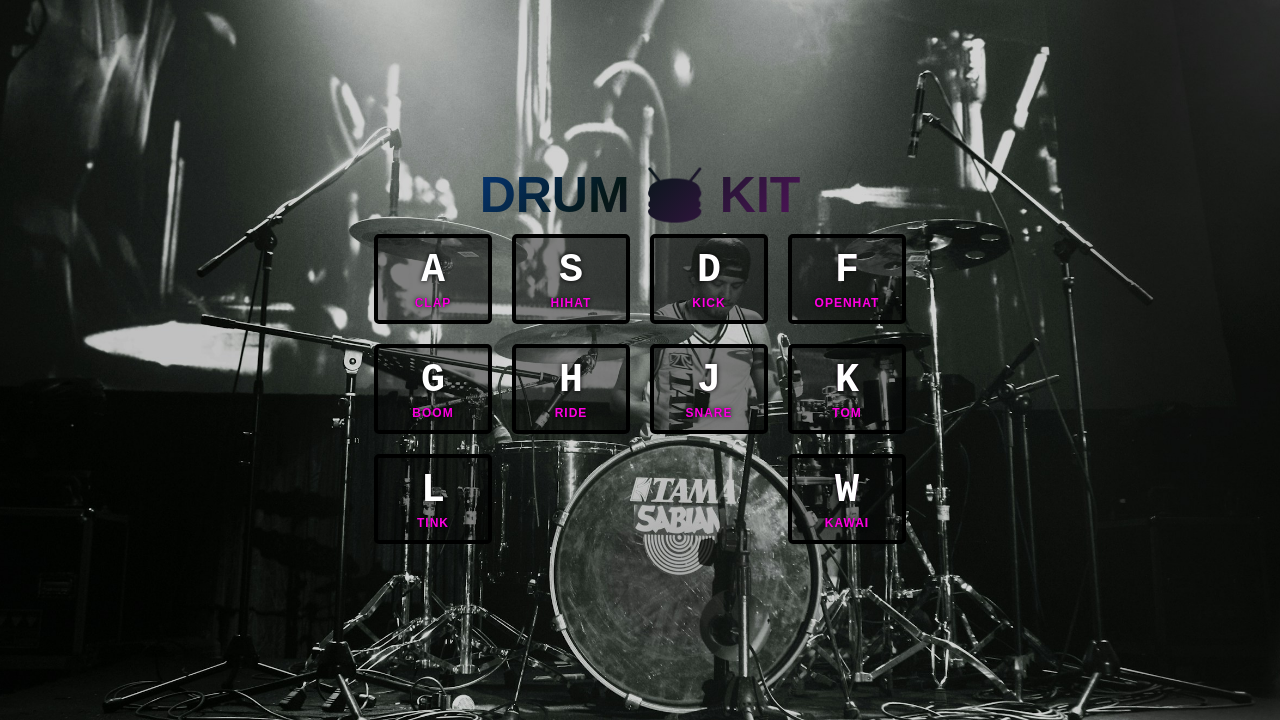
Repository: Freezler/drumkitJS
Page: index.html
The author's editor kept a copy of each file at every save. The page is drawn from the files as they stood at one save, then again after the next save.
The browser window is 1280 px wide. The pictures show the whole page.

Above is the page before, as saved 2024-08-23 23:30:05.

### index.html
<!DOCTYPE html>
<html lang="en">

<head>
  <meta charset="UTF-8">
  <title>JS Drum Kit</title>
  <link rel="stylesheet" href="style.css">
  <link rel="icon" href="https://fav.farm/🔥" />
</head>

<body>
  <main>

    <h1>Drum 🥁 Kit</h1`>

    <div class="keys">
      <div data-key="65" class="key">
        <kbd>A</kbd>
        <span class="sound">clap</span>
      </div>
      <div data-key="83" class="key">
        <kbd>S</kbd>
        <span class="sound">hihat</span>
      </div>
      <div data-key="68" class="key">
        <kbd>D</kbd>
        <span class="sound">kick</span>
      </div>
      <div data-key="70" class="key">
        <kbd>F</kbd>
        <span class="sound">openhat</span>
      </div>
      <div data-key="71" class="key">
        <kbd>G</kbd>
        <span class="sound">boom</span>
      </div>
      <div data-key="72" class="key">
        <kbd>H</kbd>
        <span class="sound">ride</span>
      </div>
      <div data-key="74" class="key">
        <kbd>J</kbd>
        <span class="sound">snare</span>
      </div>
      <div data-key="75" class="key">
        <kbd>K</kbd>
        <span class="sound">tom</span>
      </div>
      <div data-key="76" class="key">
        <kbd>L</kbd>
        <span class="sound">tink</span>
      </div>
      <div data-key="87" class="key">
        <kbd>W</kbd>
        <span class="sound">kawai</span>
      </div>
    </div>
  </main>

  <audio data-key="65" src="sounds/clap.wav"></audio>
  <audio data-key="83" src="sounds/hihat.wav"></audio>
  <audio data-key="68" src="sounds/kick.wav"></audio>
  <audio data-key="70" src="sounds/openhat.wav"></audio>
  <audio data-key="71" src="sounds/boom.wav"></audio>
  <audio data-key="72" src="sounds/ride.wav"></audio>
  <audio data-key="74" src="sounds/snare.wav"></audio>
  <audio data-key="75" src="sounds/tom.wav"></audio>
  <audio data-key="76" src="sounds/tink.wav"></audio>
  <audio data-key="87" src="sounds/kawai.wav"></audio>


  <script>
    function removeTransition(event) {
      const { propertyName } = event;
      if (propertyName !== 'transform') return;
      event.target.classList.remove('playing');
    }

    function playSound(event) {
      const keyCode = event.type === 'keydown' ? event.keyCode : this.getAttribute('data-key');
      const audio = document.querySelector(`audio[data-key="${keyCode}"]`);
      const key = document.querySelector(`.key[data-key="${keyCode}"]`);
      if (!audio) return;
      key.classList.add('playing');
      audio.currentTime = 0;
      audio.play();
    }

    window.addEventListener('keydown', playSound);

    const keys = document.querySelectorAll('.key');
    keys.forEach(key => {
      key.addEventListener('transitionend', removeTransition);
      key.addEventListener('click', playSound);
    });
  </script>


</body>

</html>

### style.css
html {
  font-size: 10px;
  background: url('./background2.jpg') bottom center;
  background-size: cover;
  background-repeat: no-repeat;
  height: 100vh;
  user-select: none;
}

body,
html {
  margin: 0;
  padding: 0;
  font-family: sans-serif;
}
h1 {
  padding-inline: 2rem;
  text-align: center;
  color: white;
  background-image: linear-gradient(135deg, #064fc5 0%,#041716 30%, #f109e9 100%);
  color: transparent;
  background-clip: text;
  -webkit-background-clip: text;
  text-transform: uppercase;
  font-size: 5rem;
}
main {
  place-self: center;
  display: grid;
  place-items: center;
  height: 100vh;
  place-content: center;
  text-align: center;
  width: 100vw;
  transition: all 0.2s;
}

.keys {
  display: grid;
  grid-row: auto;
  grid-template-columns: repeat(3, 1fr);


}

.key {
  border: .4rem solid black;
  border-radius: .5rem;
  margin: 1rem;
  font-size: 1.5rem;
  padding: 1rem .5rem;
  transition: all .07s ease;
  width: 10rem;
  text-align: center;
  color: white;
  background: rgba(0, 0, 0, 0.4);
  text-shadow: 0 0 .5rem black;
}
@media screen and (min-width: 1000px) {
  .keys {
    grid-template-columns: repeat(4, 1fr); /* Wrap into 2 columns on large screens */
    .key[data-key="87"] {
      place-content: center;
      grid-column: 4;
      grid-row: 3;
    }
  }

}


@media screen and (max-width: 800px) {
  .keys {
    grid-template-columns: repeat(3, 1fr); /* Wrap into 3 columns on medium screens */
  }

}

@media screen and (max-width: 600px) {
  .keys {
    grid-template-columns: repeat(2, 1fr); /* Wrap into 2 columns on small screens */
  }
}

@media screen and (max-width: 400px) {
  .keys {
    grid-template-columns: 1fr; /* Wrap into 1 column on very small screens */
  }
}

.key[data-key="87"] {
  place-content: center;
  grid-column: 2;
  grid-row: 4;
}

.playing {
  transform: scale(1.1);
  border-color: #ff00e1;
  box-shadow: 0 0px 1git 4px 0px#ff00e1;
}

kbd {
  display: block;
  font-size: 4rem;
}

.sound {
  font-size: 1.2rem;
  text-transform: uppercase;
  letter-spacing: .1rem;
  color: #ff00e1;
}

After the next save:
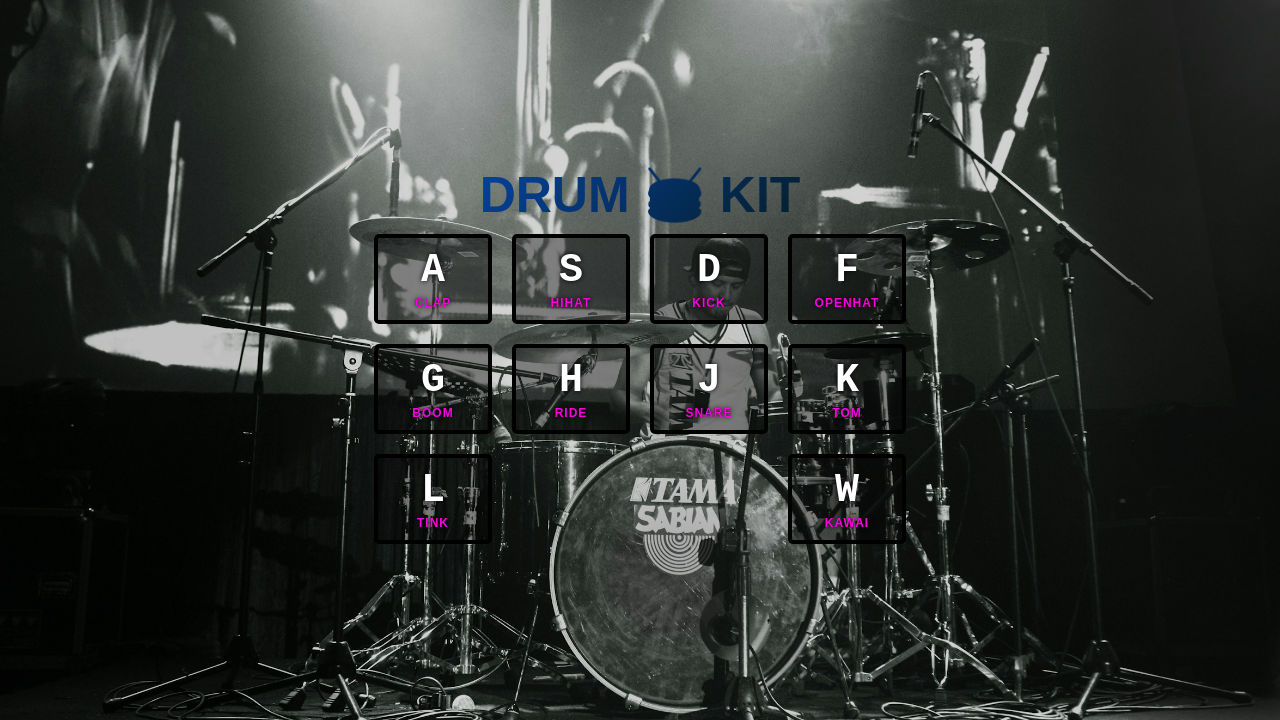
Saved 21 s later.
--- a/style.css
+++ b/style.css
@@ -17,7 +17,7 @@
   padding-inline: 2rem;
   text-align: center;
   color: white;
-  background-image: linear-gradient(135deg, #064fc5 0%,#041716 30%, #f109e9 100%);
+  background-image: linear-gradient(135deg, #064fc5 0%,#041716 60%, #f109e9 100%);
   color: transparent;
   background-clip: text;
   -webkit-background-clip: text;
